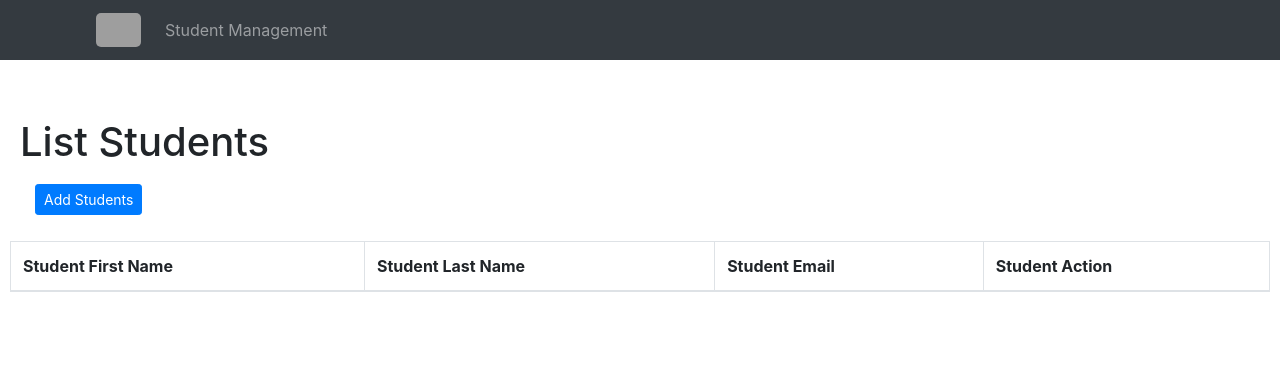
Repository: vijay9969/Student-Management-System
Page: http://localhost/students
These files come from the project's save history. The page is drawn as it stood at one moment and after the next save; the edit follows.
The browser window is 1280 px wide. The pictures show the whole page.
Pictures or frames that could not be fetched are drawn as grey boxes. The page is this project's Thymeleaf template; nobody is signed in. The template is opened directly, without the code that normally fills it, so the values that code supplies are empty.

Above is the page before, as saved 2023-01-30 09:52:38.

After the next save:
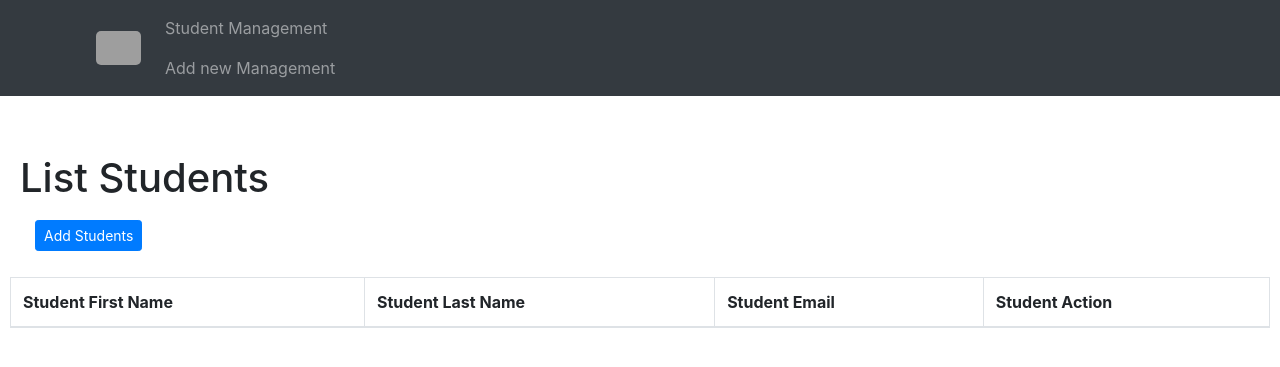
Saved 59 s later.
--- a/Student-Management-System/src/main/resources/templates/students.html
+++ b/Student-Management-System/src/main/resources/templates/students.html
@@ -35,7 +35,8 @@
 		<div class="collapse navbar-collapse" id="collapsibleNavbar">
 		  <ul class="navbar-nav">
 			<li class="nav-item">
-			  <a class="nav-link" th:href="@{/students/new}">Student Management</a>
+			<a class="nav-link" th:href="@{/students}">Student Management</a>
+			  <a class="nav-link" th:href="@{/students/new}">Add new Management</a>
 			</li>
 		  </ul>
 		</div>

After the save that followed:
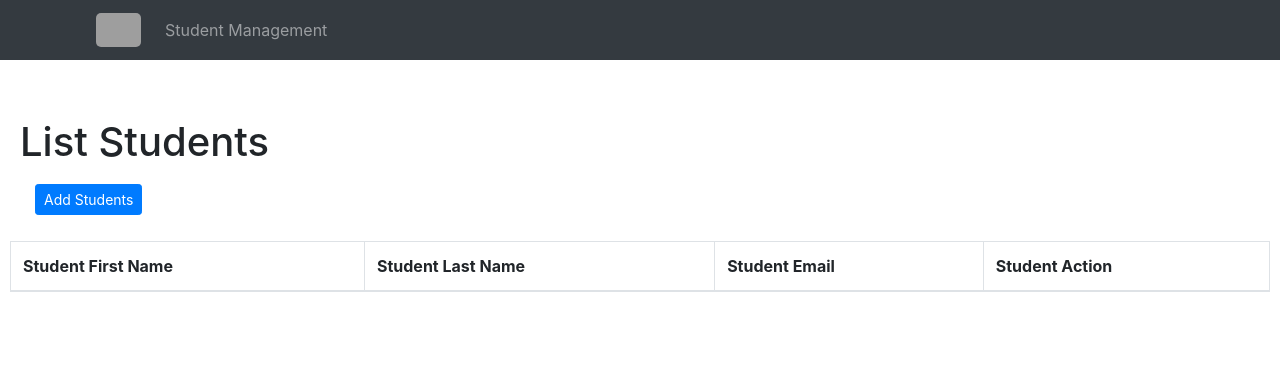
Saved 40 s later.
--- a/Student-Management-System/src/main/resources/templates/students.html
+++ b/Student-Management-System/src/main/resources/templates/students.html
@@ -35,8 +35,7 @@
 		<div class="collapse navbar-collapse" id="collapsibleNavbar">
 		  <ul class="navbar-nav">
 			<li class="nav-item">
-			<a class="nav-link" th:href="@{/students}">Student Management</a>
-			  <a class="nav-link" th:href="@{/students/new}">Add new Management</a>
+			  <a class="nav-link" th:href="@{/students}">Student Management</a>
 			</li>
 		  </ul>
 		</div>
